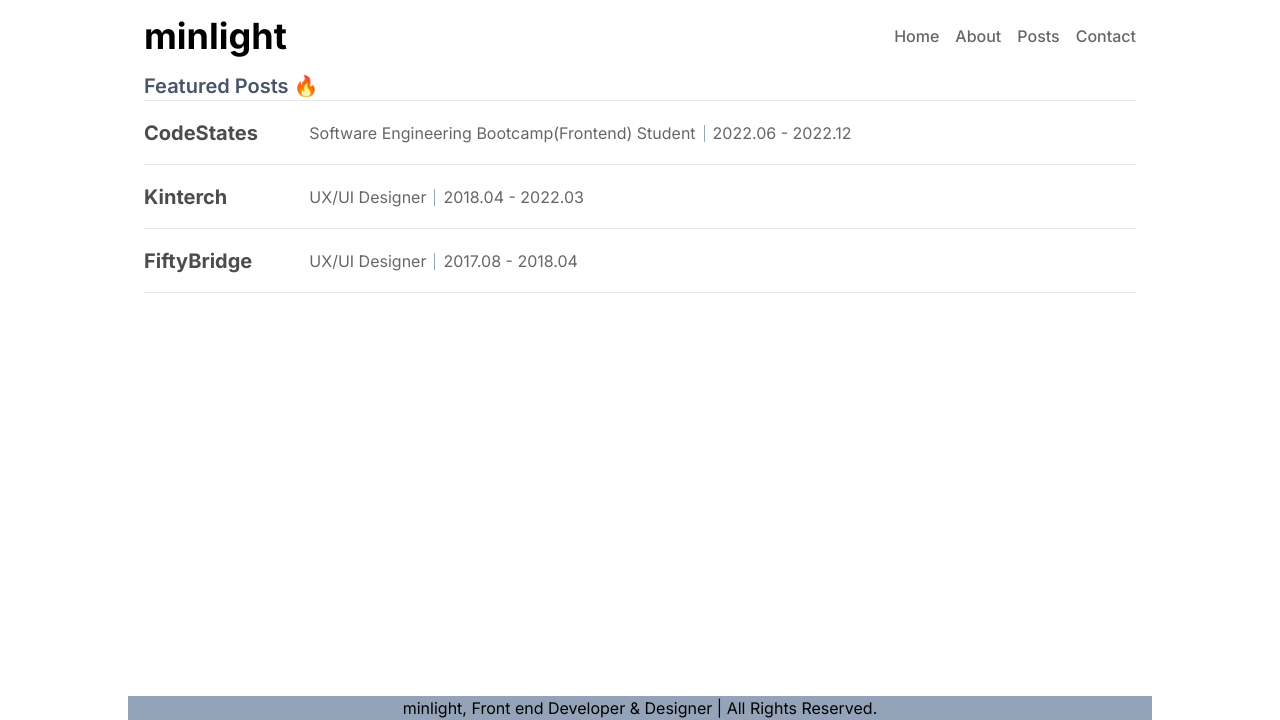
Repository: kwngmin/minlight-blog
Page: /about
These files come from the project's save history. The page is drawn as it stood at one moment and after the next save; the edit follows.
The browser window is 1280 px wide. The pictures show the whole page.
The project was rebuilt for these pictures with package versions that can differ from the ones it lists, and the page was loaded fresh each time. The framework's server and built-in components were replaced by stand-ins that run in the browser. Also part of the build but not shown: next.config.js.

Above is the page before, as saved 2023-04-01 00:03:53.

After the next save:
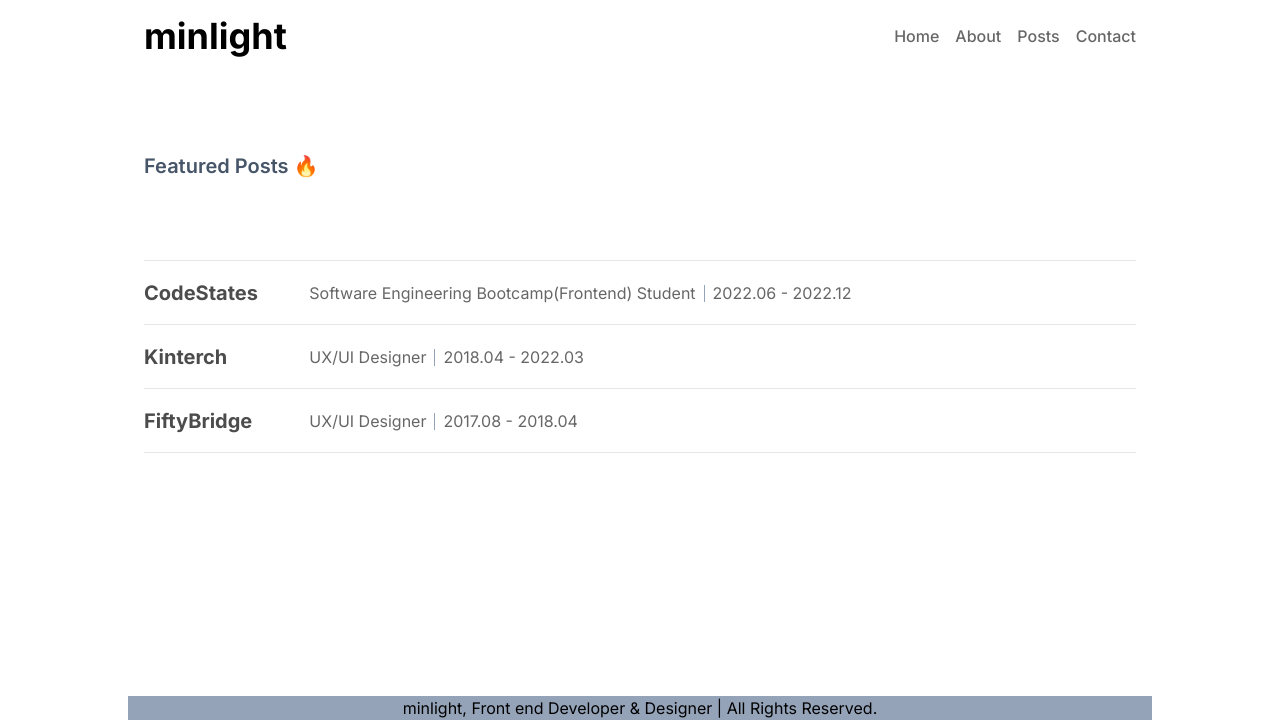
Saved 10 s later.
--- a/src/app/about/page.tsx
+++ b/src/app/about/page.tsx
@@ -18,7 +18,7 @@ export default function AboutPage() {
   ];
   return (
     <article>
-      <h2 className="text-xl font-semibold text-slate-600 border-b">
+      <h2 className="text-xl font-semibold text-slate-600 border-b py-20">
         Featured Posts 🔥
       </h2>
       <ul>
